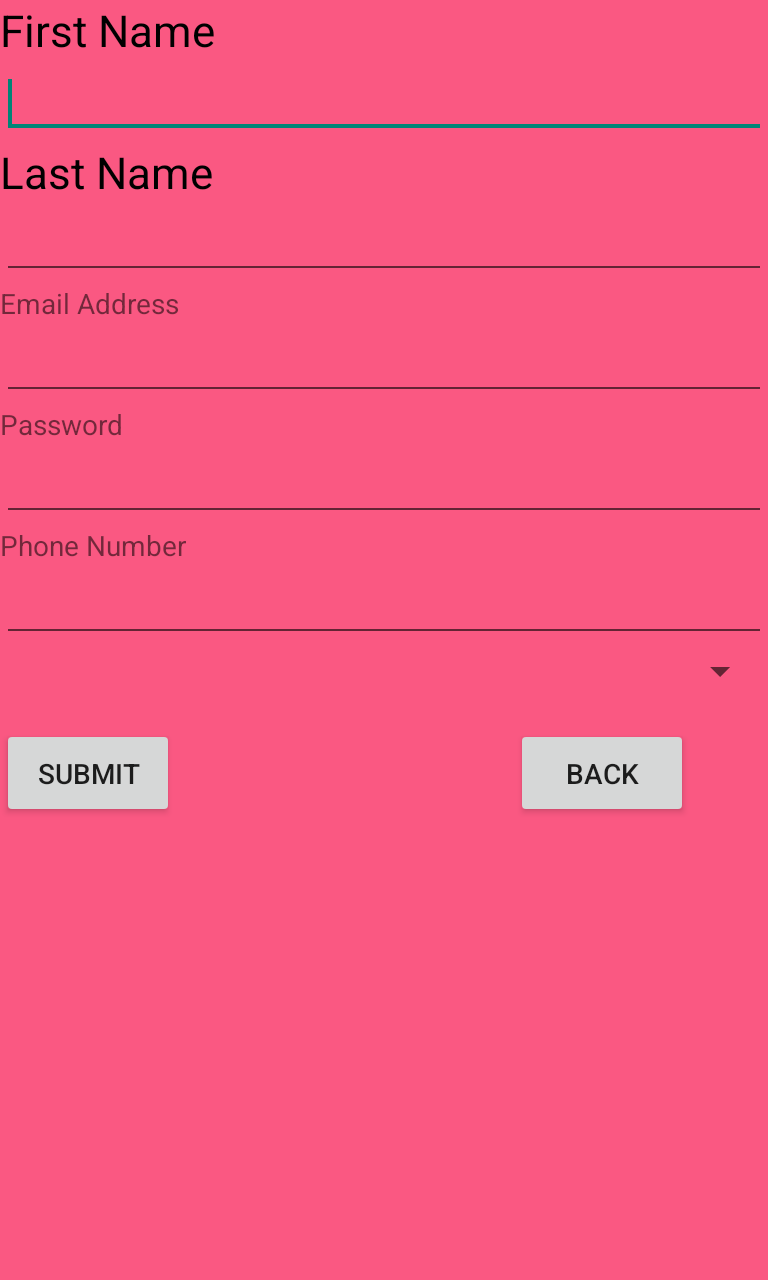
Repository: Clarenaliaka/code-challenge
Layout: ModernMum/res/layout/register.xml
An editor plug-in stored every save of this project. The layout is shown before and after the next save, followed by the edit.
It is drawn on a 768 x 1280 px phone screen (xhdpi) without system bars, with theme AppTheme; the app's code is not run.

Above is the layout before, as saved 2014-07-31 13:19:12.

After the next save:
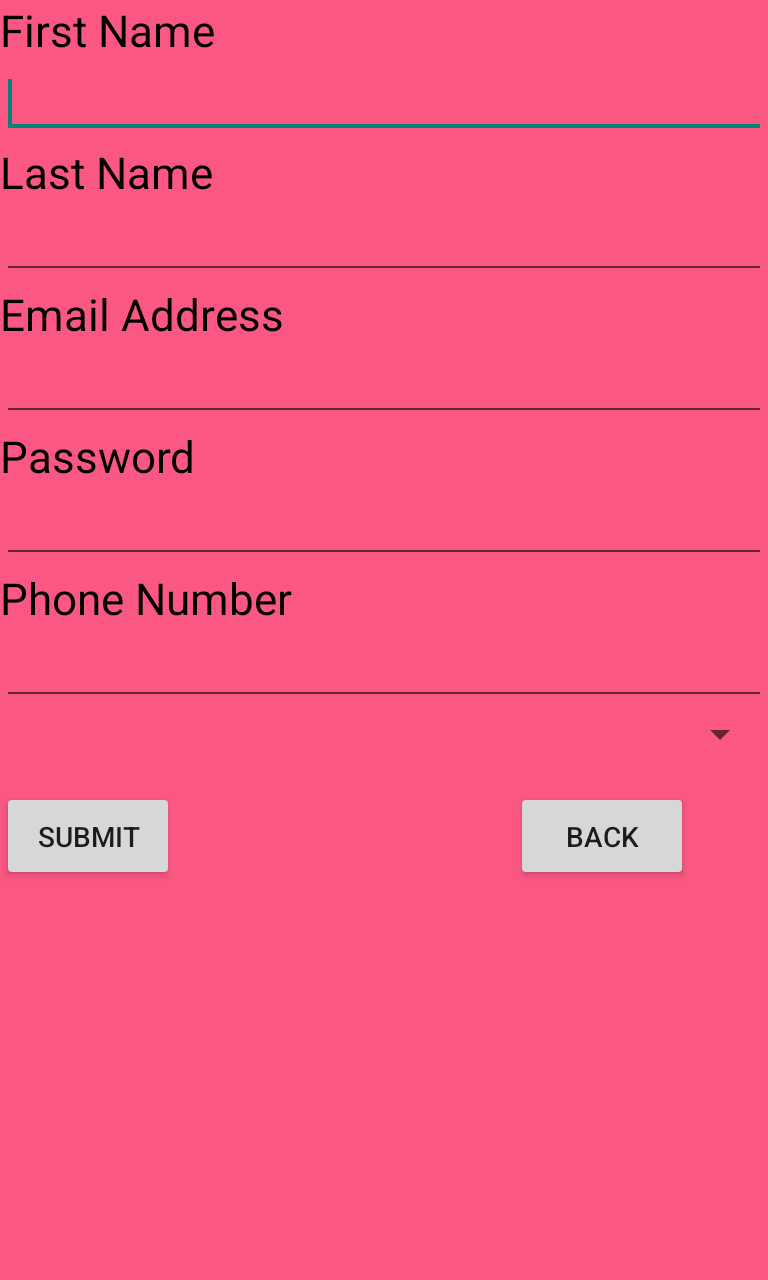
Saved 32 s later.
--- a/ModernMum/res/layout/register.xml
+++ b/ModernMum/res/layout/register.xml
@@ -40,7 +40,9 @@
         android:id="@+id/textView4"
         android:layout_width="wrap_content"
         android:layout_height="wrap_content"
-        android:text="@string/email" />
+        android:text="@string/email"
+         android:textSize="22sp"
+        android:textColor="@color/black" />
 
     <EditText
         android:id="@+id/etregemail"
@@ -53,7 +55,9 @@
         android:id="@+id/textView5"
         android:layout_width="wrap_content"
         android:layout_height="wrap_content"
-        android:text="@string/Password" />
+        android:text="@string/Password"
+         android:textSize="22sp"
+        android:textColor="@color/black" />
 
     <EditText
         android:id="@+id/etregpassword"
@@ -66,7 +70,9 @@
         android:id="@+id/textView3"
         android:layout_width="wrap_content"
         android:layout_height="wrap_content"
-        android:text="@string/phone" />
+        android:text="@string/phone"
+         android:textSize="22sp"
+        android:textColor="@color/black"/>
 
     <EditText
         android:id="@+id/etphone"
